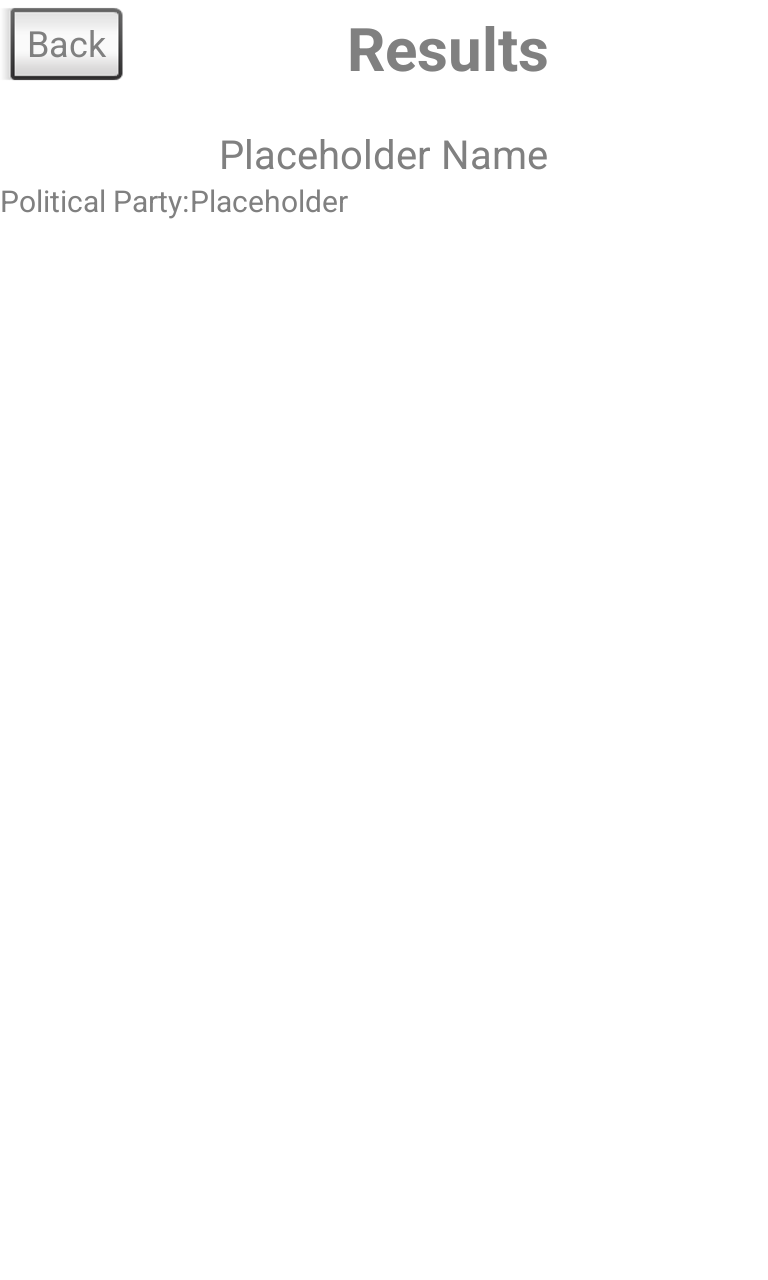
Repository: scottcaruso/Java_I_1307_Week4
Layout: myGov/res/layout/politician_display.xml
These files come from the project's save history. The layout is drawn as it stood at one moment and after the next save; the edit follows.
It is drawn on a 768 x 1280 px phone screen (xhdpi) without system bars, with theme AppTheme; the app's code is not run.

Above is the layout before, as saved 2013-08-01 21:07:51.

### myGov/res/layout/politician_display.xml
<?xml version="1.0" encoding="utf-8"?>
<LinearLayout xmlns:android="http://schemas.android.com/apk/res/android"
    android:layout_width="match_parent"
    android:layout_height="match_parent"
    android:orientation="vertical" >


    <LinearLayout
        android:layout_width="match_parent"
        android:layout_height="wrap_content"
        android:orientation="horizontal">
	    <Button
	        android:id="@+id/back"
	        style="@android:style/Widget.Holo.Button.Inset"
	        android:layout_width="wrap_content"
	        android:layout_height="wrap_content"
	        android:hint="@string/back" />

	    <TextView
	        android:id="@+id/foundpoliticians"
	        android:layout_width="match_parent"
	        android:layout_height="wrap_content"
	        android:layout_gravity="center"
	        android:gravity="center"
	        android:hint="@string/results"
	        android:textStyle="bold"
	        android:textSize="30sp" />

    </LinearLayout>

        <TextView
            android:id="@+id/politicianName"
            android:layout_width="wrap_content"
            android:layout_height="wrap_content"
            android:layout_gravity="center_horizontal"
            android:layout_marginTop="15dp"
            android:gravity="center"
            android:hint="@string/politician_name"
            android:textSize="20sp" />

     <LinearLayout
         android:layout_width="match_parent"
         android:layout_height="wrap_content"
         android:orientation="horizontal" >

         <TextView
             android:id="@+id/partylabel"
             android:layout_width="wrap_content"
             android:layout_height="wrap_content"
             android:hint="@string/political_party_"
             android:textSize="15sp" />

         <TextView
             android:id="@+id/partytext"
             android:layout_width="match_parent"
             android:layout_height="wrap_content"
             android:layout_gravity="right"
             android:hint="@string/placeholder"
             android:textSize="15sp" />
     </LinearLayout>

final TextView polLabel = UIElementCreator.createLabel(currentMainContext, "Politician Name: ");
				final TextView polPartyLabel = UIElementCreator.createLabel(currentMainContext, "Party Affiliaition: ");
				final TextView polStateLabel = UIElementCreator.createLabel(currentMainContext, "From State: ");
				final TextView polTermLabel = UIElementCreator.createLabel(currentMainContext, "Term Started: ");
				final TextView polTwitterLabel = UIElementCreator.createLabel(currentMainContext, "Twitter Handle: ");
				final TextView polWebsiteLabel = UIElementCreator.createLabel(currentMainContext, "Website Address: ");

				final TextView polName = UIElementCreator.createLabel(currentMainContext,thisPol.getString("Name"));
				final TextView polParty = UIElementCreator.createLabel(currentMainContext, thisPol.getString("Party"));
				final TextView polState = UIElementCreator.createLabel(currentMainContext, thisPol.getString("State"));
				final TextView polTerm = UIElementCreator.createLabel(currentMainContext, thisPol.getString("Term Start"));
				final TextView polTwitter = UIElementCreator.createLabel(currentMainContext, thisPol.getString("Twitter"));
				final TextView polWebsite = UIElementCreator.createLabel(currentMainContext, thisPol.getString("Website"));

</LinearLayout>

### myGov/res/values/strings.xml
<?xml version="1.0" encoding="utf-8"?>
<resources>

    <string name="app_name">myGov</string>
    <string name="action_settings">Settings</string>
    <string name="hello_world">Hello world!</string>
    <string name="enter_zip">Enter Zip</string>
    <string name="search_now">Search Now</string>
    <string name="view_saved_politicians">View Saved Politicians</string>
    <string name="back">Back</string>
    <string name="results">Results</string>
    <string name="politician_name">Placeholder Name</string>
    <string name="political_party_">Political Party:</string>
    <string name="placeholder">Placeholder</string>

</resources>

Loaded but not shown: myGov/res/values/styles.xml (common file); myGov/res/values-v11/styles.xml (common file); myGov/res/values-v14/styles.xml (common file)

After the next save:
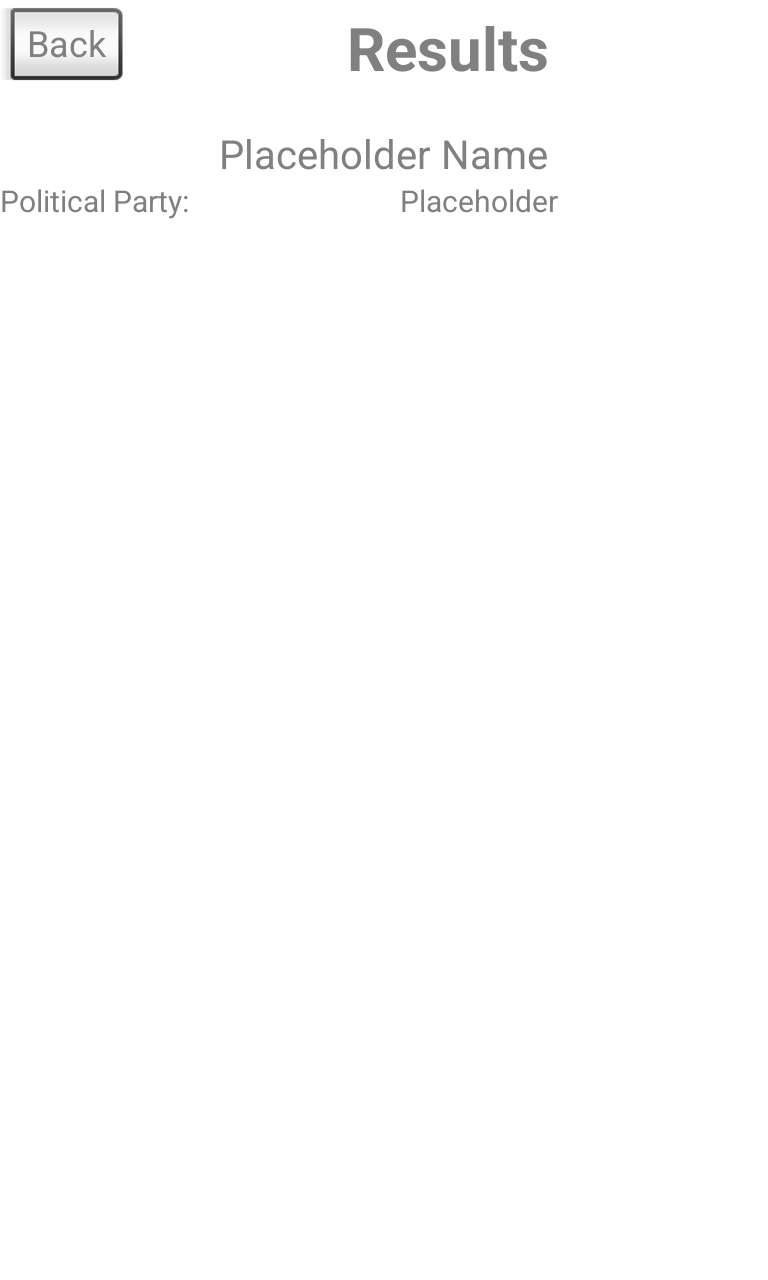
Saved 114 s later.
--- a/myGov/res/layout/politician_display.xml
+++ b/myGov/res/layout/politician_display.xml
@@ -54,7 +54,8 @@
              android:id="@+id/partytext"
              android:layout_width="match_parent"
              android:layout_height="wrap_content"
-             android:layout_gravity="right"
+             android:layout_gravity="center"
+	         android:gravity="center"
              android:hint="@string/placeholder"
              android:textSize="15sp" />
      </LinearLayout>
